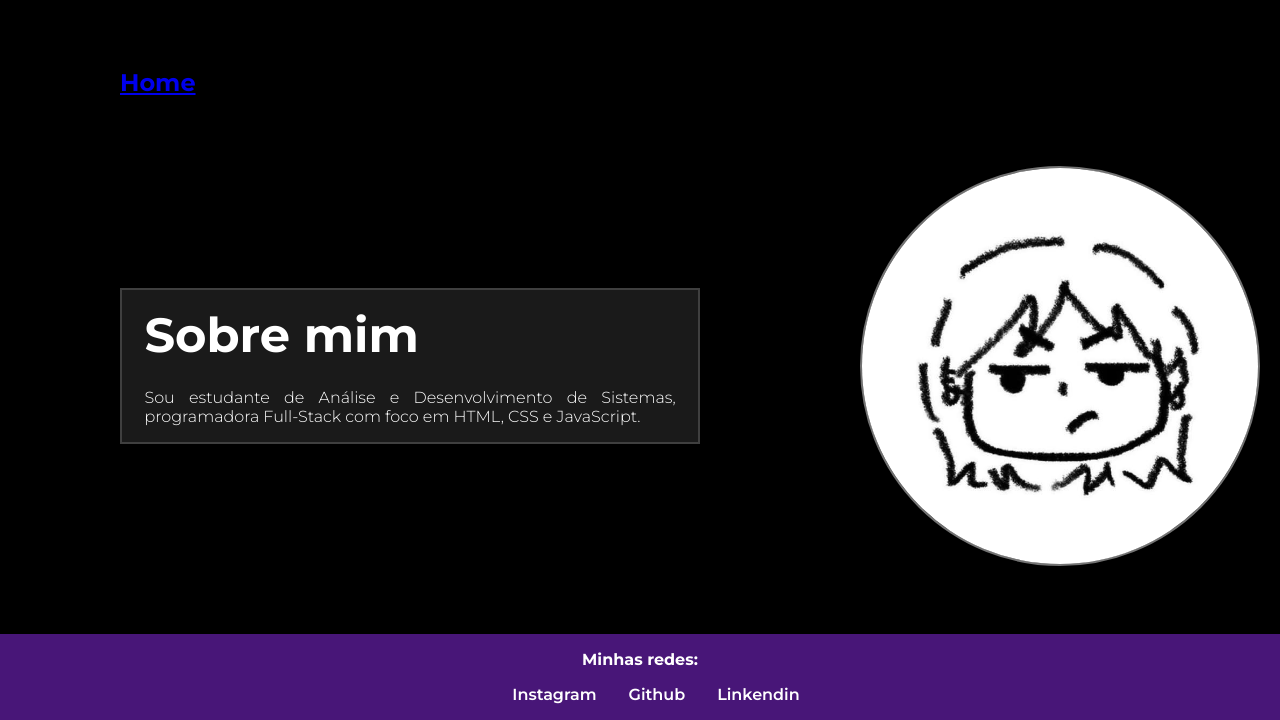
Repository: analessp/portfolio-developer
Page: index.html
An editor plug-in stored every save of this project. The page is shown before and after a run of saves, followed by the edit.
The browser window is 1280 px wide. The pictures show the whole page.

Above is the page before, as saved 2025-04-24 10:31:56.

### index.html
<!DOCTYPE html>
<html lang="pt-BR">
<head>
    <meta charset="UTF-8">
    <meta name="viewport" content="width=device-width, initial-scale=1.0">
    <title>Portfólio de Ana Lessa</title>
    <link rel="stylesheet" href="style.css">
    <link rel="stylesheet" href="https://cdnjs.cloudflare.com/ajax/libs/font-awesome/6.5.0/css/all.min.css" />
</head>
<body>
    <header>
        <nav>
            <uL class="navbar-list">
                <li>
                    <a href="/index.html" class="page active">Home</a>
                </li>
                <li>
                    <a heSobre mim</li>
            </uL>
        </nav>
    </header>
    <main>
        <div class="about-me">
            <h1>Sobre mim</h1>
            <p>Sou estudante de Análise e Desenvolvimento de Sistemas, programadora Full-Stack com foco em HTML, CSS e JavaScript.</p>
        </div>
        <img src="/assets/avatar.jfif" alt="Avatar de Ana Lessa" class="about-me-image">
    </main>
    <footer>
        <h4>Minhas redes:</h4>
        <ul>
            <li>
                <a *href*="#">Instagram</a>

            </li>
            <li> <a *href*="#">Github</a></li>
            <li> <a *href*="#">Linkendin</a></li>
            </ul>
    </footer>
</body>
</html>

### style.css
@import url('https://fonts.googleapis.com/css2?family=Montserrat:ital,wght@0,100..900;1,100..900&display=swap');

* {
    margin: 0;
    padding: 0;
    box-sizing: border-box;
    font-family: "Montserrat", sans-serif;
}

body {
    display: flex;
    flex-direction: column;
    justify-content: space-between;
    height: 100vh;
    width: 100%;
    background-color: black;
    color: white;
}

.navbar-list {
    padding-left: 120px;
    padding-top: 68px;
    display: flex;
    gap: 4rem;
    list-style-type: none;
    color: #7209b7;
    font-weight: 700;
    font-size: 1.5rem;
    margin-bottom: 3rem;
}

main {
    padding-left: 120px;
    display: flex;
    gap: 10rem;
    align-items: center;
}

.about-me {
    background-color: rgba(255, 255, 255, 0.1);
    display: flex;
    flex-direction: column;
    gap: 1.5rem;
    width: 50%;
    text-align: justify;
    padding: 1rem 1.4rem;
    border: 2px solid rgb(63, 63, 63);
}

.about-me h1 {
    font-size: 3rem;
}

.about-me p {
    font-weight: 300;
}

.about-me-image {
    width: 25rem;
    border-radius: 50%;
    border: 2px solid rgba(208, 208, 208, 0.552);
    height: fit-content;
}

footer {
    margin-top: 3rem;
    padding-top: 1rem;
    background-color: rgb(72, 22, 120);
    display: flex;
    flex-direction: column;
    align-items: center;
    gap: 1rem;
}

footer ul {
    display: flex;
    gap: 2rem;
    list-style-type: none;
    margin-bottom: 1rem;
}

footer a {
    text-decoration: none;
    color: white;
    font-weight: 600;
}

@media only screen and (max-width: 768px) {

    body {
        justify-content: center;
    }

    .navbar-list {
        justify-content: center;
        padding-left: 0;
        padding-top: 40px;
        margin-bottom: 0;
    }

    main {
        margin-top: 0;
        flex-direction: column-reverse;
        padding-left: 0;
        gap: 0;
    }

    .about-me-image {
        width: 18rem;
    }

    .about-me {
        width: 70%;
        height: 50px;
        overflow-y: auto;
    }

    .about-me h1 {
        text-align: center;
    }

    .about-me p {
        font-size: 1.2rem;
    }

}

After the next 3 saves:
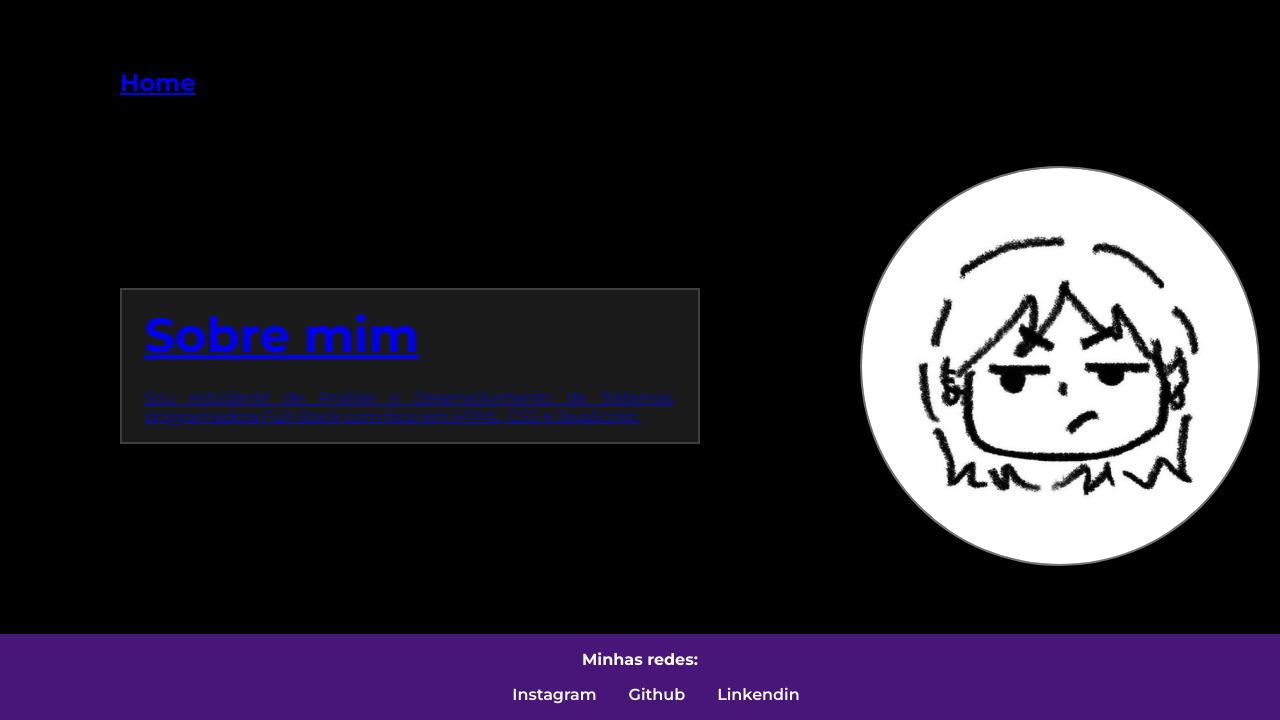
The 3 saves are shown as one change because they came seconds apart.
The last was saved 17 s later.
--- a/index.html
+++ b/index.html
@@ -15,7 +15,7 @@
                     <a href="/index.html" class="page active">Home</a>
                 </li>
                 <li>
-                    <a heSobre mim</li>
+                    <a href="/about-me.html" mim</li>
             </uL>
         </nav>
     </header>
